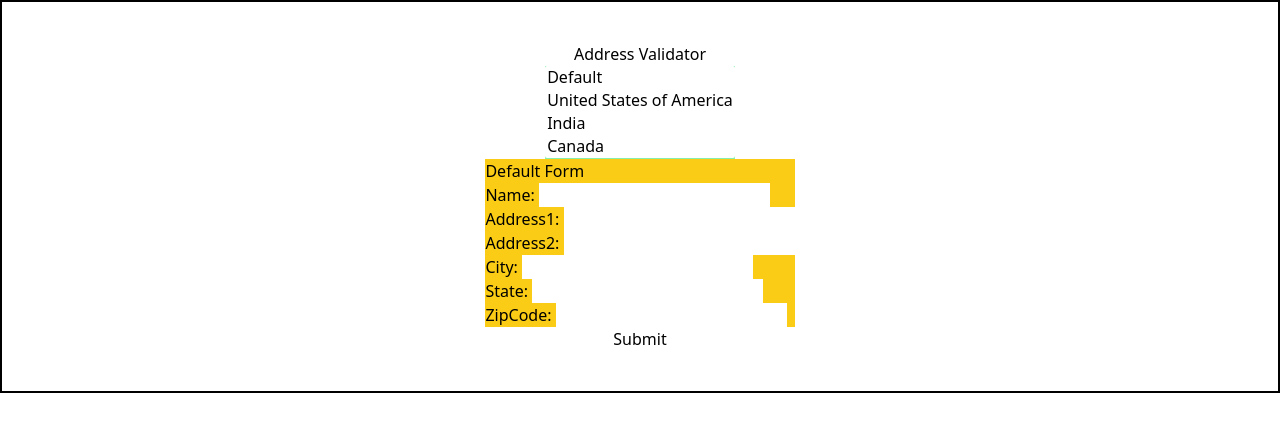
Repository: jay-singhvi/SWArchDesign_TeamProject
Page: / (app in frontend/address-validation/)
An editor plug-in stored every save of this project. The page is shown before and after the next save, followed by the edit.
The browser window is 1280 px wide. The pictures show the whole page.
The project was rebuilt for these pictures with package versions that can differ from the ones it lists, and the page was loaded fresh each time. Also part of the build but not shown: frontend/address-validation/src/App.css.

Above is the page before, as saved 2023-03-07 13:43:02.

### frontend/address-validation/src/App.js

import './App.css';
import React, { useState, setState } from 'react';

// React component for creating and sending POST request
function App() {

  // variables to handle the Request and Response
  const [countryList, setCountryList] = useState("");
  const [formData, setFormData] = useState(null);
  const [responseData, setResponseData] = useState(null);

  // Set of Counries under consideration
  const countries = [
    { name: "Default"},
    { name: "United States of America"},
    { name: "India"},
    { name: "Canada"}
  ];

  // Function to render form based on Countries
  function renderForm() {
    if (countryList.length === 1) {
      console.log(countryList)
        if(countryList.includes("United States of America"))
          return <USAForm setFormData={setFormData} />;
        else if(countryList.includes("India"))
          return <IndiaForm setFormData={setFormData} />;
        else if(countryList.includes("Canada"))
          return <CanadaForm setFormData={setFormData} />;
        else
          return <DefaultForm setFormData={setFormData} />;
    }
    // Renders form for multiple selected countries
    else {
      return <DefaultForm setFormData={setFormData} />
    }
  }

  // Handles selected country and set ths
  function handleSelectedCountry(event) {
    const selectedOptions = Array.from(event.target.selectedOptions);
    const selectedValues = selectedOptions.map(option => option.value);
    setCountryList(selectedValues);
  }

  // Finds address based on the form data
  async function findAddress(event) {
    event.preventDefault();

    // If only one country is selected
    if(countryList.length === 1) {

      //If selected country id default then send country field empty in JSON request
      if(countryList[0] === 'Default')
      {
        countryList[0] = ''
      }
      const updatedFormData = {...formData, "Country": countryList[0]};

      // If form data has Name attribute then search based on name and country
      if(formData !== null && formData.Name !== null){
        try {
          const response = await fetch("http://localhost:5000/api/searchCountriesByClient", {
            method: "POST",
            headers: {
              "Content-Type": "application/json",
            },
            body: JSON.stringify(updatedFormData),
          });

          const data = await response.json();
          setResponseData(data);
        } catch (error) {
          console.error(error);
          setResponseData({ error: "An error occurred" });
        }
      }

      //If name is not mentioned then populate all addresses for that country based on JSON request
      else {
        try {
          const response = await fetch("http://localhost:5000/api/searchCountry", {
            method: "POST",
            headers: {
              "Content-Type": "application/json",
            },
            body: JSON.stringify(updatedFormData),
          });

          const data = await response.json();
          setResponseData(data);
        } catch (error) {
          console.error(error);
          setResponseData({ error: "An error occurred" });
        }
      }
    }
    //If more one country is selected then send the list of countries with JSON request
    else if(countryList.length > 1){
      const updatedFormData = {...formData, "Country": countryList};

      try {
        const response = await fetch("http://localhost:5000//api/searchCountries", {
          method: "POST",
          headers: {
            "Content-Type": "application/json",
          },
          body: JSON.stringify(updatedFormData),
        });

        const data = await response.json();
        setResponseData(data);
      } catch (error) {
        console.error(error);
        setResponseData({ error: "An error occurred" });
      }
    }
    // If only name is mentioned then look for that name in all countries
    else if(formData !== null && formData.Name !== null){
      try {
        const response = await fetch("http://localhost:5000/api/searchCountriesByClient", {
          method: "POST",
          headers: {
            "Content-Type": "application/json",
          },
          body: JSON.stringify(formData),
        });

        const data = await response.json();
        setResponseData(data);
      } catch (error) {
        console.error(error);
        setResponseData({ error: "An error occurred" });
      }
    }
    setFormData({});
  }

  // Give all the options of countries to user for selection
  return (
    <div className=' items-center justify-between min-h-screen  '>
    <div className='  py-10 flex flex-col items-center border-2 border-black'>
      <h1>Address Validator</h1>
      <div className=' bg-green-300'>
        <select multiple value={countryList} onChange={handleSelectedCountry}>
          {countries.map((country) => (
            <option key={country.name} value={country.name}>
              {country.name}
            </option>
          ))}
        </select>
      </div>

      {renderForm()}

      <button type="submit" onClick={findAddress}>
          Submit
        </button>

      {responseData && (
        <div>
          <h2>Post Result:</h2>
          <pre>{JSON.stringify(responseData, null, 2)}</pre>
        </div>
      )}
      </div>
    </div>

  );
}

// React component to render USA specific form
function USAForm({setFormData}) {
  const [formValues, setFormValues] = useState({});
  function updateForm(event) {
    setFormValues({
      ...formValues,
      [event.target.name]: event.target.value,
    });
    setFormData({
      ...formValues,
      [event.target.name]: event.target.value,
    });
  }

  return (
    <div>
      <form>
        <h2>United States Form</h2>
        Name: <input type="text" name="Name" onChange={updateForm} />
        <br/>
        Address1: <input type="text" name="Address1" onChange={updateForm} />
        <br/>
        Address2: <input type="text" name="Address2" onChange={updateForm} />
        <br/>
        City: <input type="text" name="City" onChange={updateForm} />
        <br/>
        State: <input type="text" name="State" onChange={updateForm} />
        <br/>
        ZipCode: <input type="text" name="Zipcode" onChange={updateForm} />
        <br/>
      </form>
    </div>
  );
}

// React component to render Canada specific form
function CanadaForm({setFormData}) {
  const [formValues, setFormValues] = useState({});
  function updateForm(event) {
    setFormValues({
      ...formValues,
      [event.target.name]: event.target.value,
    });
    setFormData({
      ...formValues,
      [event.target.name]: event.target.value,
    });
  }

  return (
    <div>
      <form>
        <h2>Canada Form</h2>
        Name: <input type="text" name="Name" onChange={updateForm} />
        <br/>
        Address1: <input type="text" name="Address1" onChange={updateForm} />
        <br/>
        Address2: <input type="text" name="Address2" onChange={updateForm} />
        <br/>
        City: <input type="text" name="City" onChange={updateForm} />
        <br/>
        Province: <input type="text" name="State" onChange={updateForm} />
        <br/>
        Postalcode: <input type="text" name="ZipCode" onChange={updateForm} />
      </form>
    </div>
  );
}

// React component to render India specific form
function IndiaForm({setFormData}) {
  const [formValues, setFormValues] = useState({});
  function updateForm(event) {
    setFormValues({
      ...formValues,
      [event.target.name]: event.target.value,
    });
    setFormData({
      ...formValues,
      [event.target.name]: event.target.value,
    });
  }

  return (
    <div>
      <form>
        <h2>India Form</h2>
        Name: <input type="text" name="Name" onChange={updateForm} />
        <br/>
        Street Address: <input type="text" name="Address1" onChange={updateForm} />
        <br/>
        Address2: <input type="text" name="Address2" onChange={updateForm} />
        <br/>
        City: <input type="text" name="City" onChange={updateForm} />
        <br/>
        State: <input type="text" name="State" onChange={updateForm} />
        <br/>
        Pincode: <input type="text" name="ZipCode" onChange={updateForm} />
        <br/>
      </form>
    </div>
  );
}

// React component to render default form
function DefaultForm({setFormData}) {

  const [formValues, setFormValues] = useState({});
  function updateForm(event) {
    setFormValues({
      ...formValues,
      [event.target.name]: event.target.value,
    });
    setFormData({
      ...formValues,
      [event.target.name]: event.target.value,
    });
  }

  return (
    <div className='  bg-yellow-400'>
      <h2>Default Form</h2>
        Name: <input type="text" name="Name" onChange={updateForm} />
        <br/>
        Address1: <input type="text" name="Address1" onChange={updateForm} />
        <br/>
        Address2: <input type="text" name="Address2" onChange={updateForm} />
        <br/>
        City: <input type="text" name="City" onChange={updateForm} />
        <br/>
        State: <input type="text" name="State" onChange={updateForm} />
        <br/>
        ZipCode: <input type="text" name="Zipcode" onChange={updateForm} />
        <br/>
    </div>
  );
}

export default App;

Loaded but not shown: frontend/address-validation/public/index.html (common file); frontend/address-validation/src/index.js (common file); frontend/address-validation/src/index.css (common file); frontend/address-validation/src/reportWebVitals.js (common file); frontend/address-validation/tailwind.config.js (common file)

After the next save:
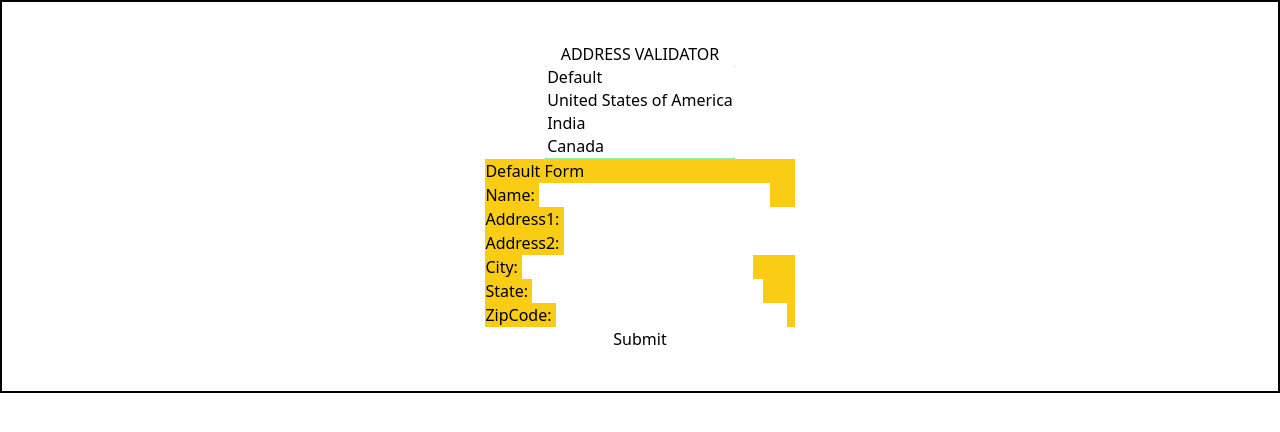
Saved 17 s later.
--- a/frontend/address-validation/src/App.js
+++ b/frontend/address-validation/src/App.js
@@ -141,7 +141,7 @@ function App() {
   return (
     <div className=' items-center justify-between min-h-screen  '>
     <div className='  py-10 flex flex-col items-center border-2 border-black'>
-      <h1>Address Validator</h1>
+      <h1 className=' uppercase'>Address Validator</h1>
       <div className=' bg-green-300'>
         <select multiple value={countryList} onChange={handleSelectedCountry}>
           {countries.map((country) => (
